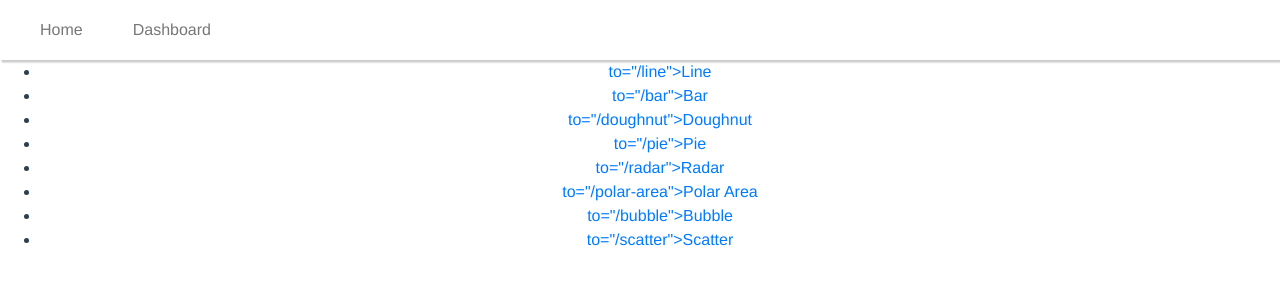
Repository: nashthecoder/vue_learn
Page: /dashboard (app in client/)
An editor plug-in stored every save of this project. The page is shown before and after the next save, followed by the edit.
The browser window is 1280 px wide. The pictures show the whole page.
The project was rebuilt for these pictures with package versions that can differ from the ones it lists, and the page was loaded fresh each time. Imported but missing from the stored project, and not drawn on this page: client/src/views/Home.vue.

Above is the page before, as saved 2020-12-24 23:32:14.

After the next save:
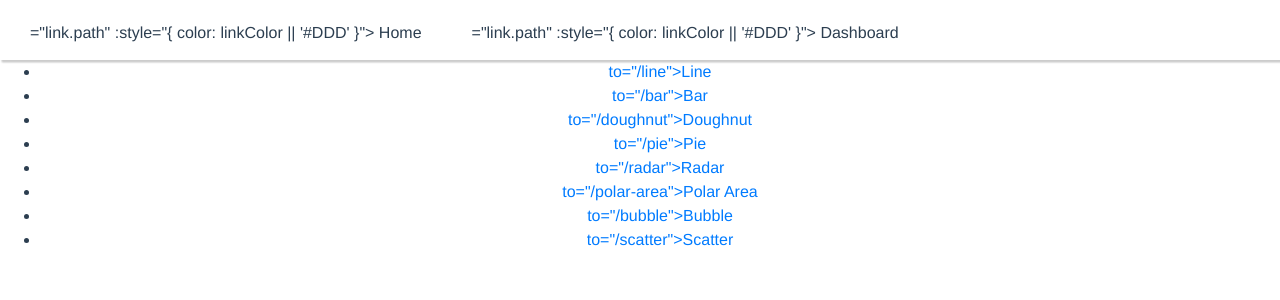
Saved 66 s later.
--- a/client/src/components/ResponsiveNav.vue
+++ b/client/src/components/ResponsiveNav.vue
@@ -7,12 +7,10 @@
         @mouseenter="$event.currentTarget.style.background = hoverBackground || '#999'"
         @mouseleave="$event.currentTarget.style.background = background || '#333'"
       >
-        <router-link
-           :to="link.path" :style="{ color: linkColor || '#DDD' }"
-          >
+        <router-link:to="link.path" :style="{ color: linkColor || '#DDD' }">
           {{ link.text }}
           <i :class="link.icon" />
-        </router-link>
+        </router-link:to=>
       </li>
     </ul>
   </nav>

After the 2 saves that followed:
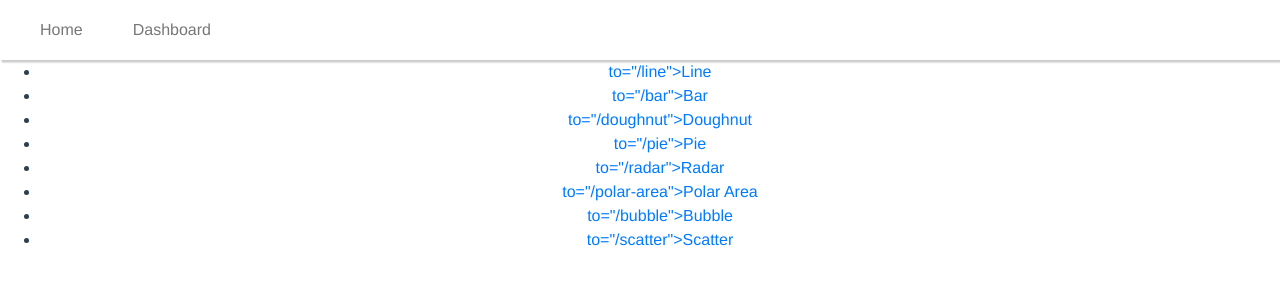
The 2 saves are shown as one change because 1 left the picture as it was.
The last was saved 45 s later.
--- a/client/src/components/ResponsiveNav.vue
+++ b/client/src/components/ResponsiveNav.vue
@@ -7,10 +7,10 @@
         @mouseenter="$event.currentTarget.style.background = hoverBackground || '#999'"
         @mouseleave="$event.currentTarget.style.background = background || '#333'"
       >
-        <router-link:to="link.path" :style="{ color: linkColor || '#DDD' }">
+        <router-link :to="link.path" :style="{ color: linkColor || '#DDD' }">
           {{ link.text }}
           <i :class="link.icon" />
-        </router-link:to=>
+        </router-link>
       </li>
     </ul>
   </nav>
